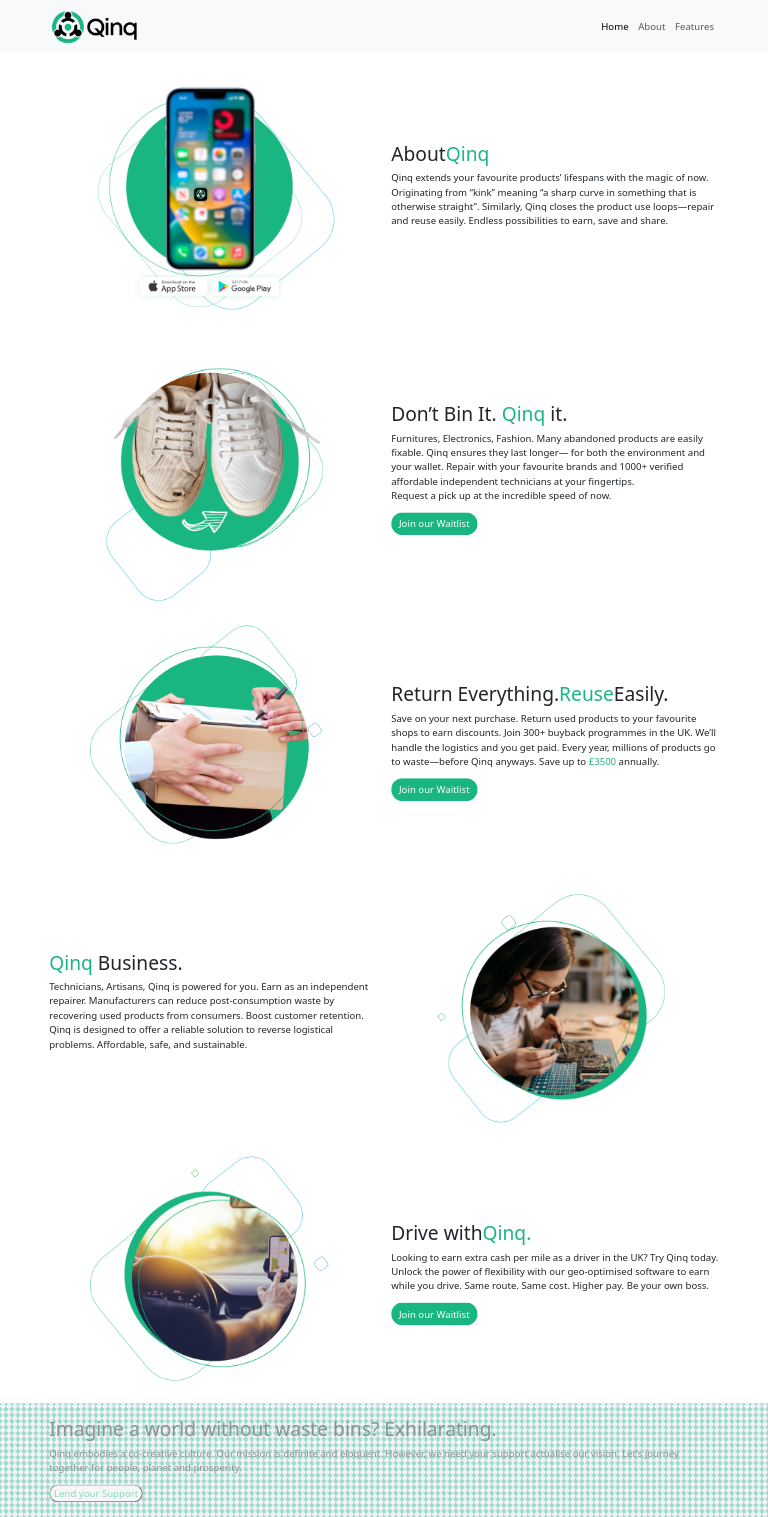
Repository: HelloQinq2023/qinq.github.io
Page: index.html
An editor plug-in stored every save of this project. The page is shown before and after the next save, followed by the edit.
The browser window is 1280 px wide. The pictures show the whole page, at 60% of full size.

Above is the page before, as saved 2023-02-22 16:35:14.

### index.html
<!doctype html>
<html lang="en">
  <head>
    <meta charset="utf-8">
    <meta name="viewport" content="width=device-width, initial-scale=1">
    <title>Qinq</title>
    <link href="https://cdn.jsdelivr.net/npm/bootstrap@5.3.0-alpha1/dist/css/bootstrap.min.css" rel="stylesheet" integrity="sha384-GLhlTQ8iRABdZLl6O3oVMWSktQOp6b7In1Zl3/Jr59b6EGGoI1aFkw7cmDA6j6gD" crossorigin="anonymous">
    <link rel="stylesheet" type="text/css" href="css/style.css" />
  </head>
  <body>
    <nav class="navbar navbar-expand-lg bg-body-tertiary">
        <div class="container">
          <a class="navbar-brand" href="#"><img src="images/logo.png" class="w-50"></a>
          <button class="navbar-toggler" type="button" data-bs-toggle="collapse" data-bs-target="#navbarNav" aria-controls="navbarNav" aria-expanded="false" aria-label="Toggle navigation">
            <span class="navbar-toggler-icon"></span>
          </button>
          <div class="collapse navbar-collapse" id="navbarNav">
            <ul class="navbar-nav ms-auto">
              <li class="nav-item">
                <a class="nav-link active" aria-current="page" href="#">Home</a>
              </li>
              <li class="nav-item">
                <a class="nav-link" href="#">About</a>
              </li>
              <li class="nav-item">
                <a class="nav-link" href="#">Features</a>
              </li>
            </ul>
          </div>
        </div>
      </nav>

      <section id="about">
        <div class="container py-3 mt-2">
            <div class="row">
                <div class="col-md-6 d-flex justify-content-center align-items-center">
                    <img src="images/about1.png" class="w-75 img-fluid img-responsive img">
                </div>
                <div class="col-md-6 d-flex justify-content-center align-items-center">
                    <div>
                        <h2>About<span class="green">Qinq</span></h2>
                        <p>Qinq extends your favourite products’ lifespans with the magic of now.
                            Originating from “kink” meaning “a sharp curve in something that is otherwise straight”. Similarly, Qinq closes the product use loops—repair and reuse easily. Endless possibilities to earn, save and share.</p>
                    </div>
                </div>
            </div>
        </div>

        <div class="container py-3 mt-2">
            <div class="row">
                <div class="col-md-6 d-flex justify-content-center align-items-center order-sm-2">
                    <div>
                        <h2>Don’t Bin It. <span class="green">Qinq</span> it.</h2>
                        <p>Furnitures, Electronics, Fashion.
                            Many abandoned products are easily fixable. Qinq ensures they last longer— for both the environment and your wallet.
                            Repair with your favourite brands and 1000+ verified affordable independent technicians at your fingertips.
                            <br>
                            Request a pick up at the incredible speed of now.</p>
                            <button class="btn greenbg text-white rounded-pill"> Join our Waitlist</button>
                    </div>
                </div>
                <div class="col-md-6 d-flex justify-content-center align-items-center">
                    <img src="images/about2.png" class="w-75 img-fluid img-responsive img">
                </div>
            </div>

        </div>
      </section>

      <section id="features">
        <div class="container py-3 mt-2">
            <div class="row">
                <div class="col-md-6 d-flex justify-content-center align-items-center">
                    <img src="images/features.png" class="w-75 img-fluid img-responsive img">
                </div>
                <div class="col-md-6 d-flex justify-content-center align-items-center">
                    <div>
                        <h2>Return Everything.<span class="green">Reuse</span>Easily.</h2>
                        <p>Save on your next purchase. Return used products to your favourite shops to earn discounts. Join 300+ buyback programmes in the UK. We’ll handle the logistics and you get paid.
                            Every year, millions of products go to waste—before Qinq anyways. Save up to <span class="green">£3500</span> annually.</p>

                            <button class="btn greenbg text-white rounded-pill"> Join our Waitlist</button>
                    </div>
                </div>
            </div>
        </div>

        <div class="container py-3 mt-2">
            <div class="row">
                <div class="col-md-6 d-flex justify-content-center align-items-center">
                    <div>
                        <h2><span class="green">Qinq</span> Business.</h2>
                        <p>Technicians, Artisans, Qinq is powered for you. Earn as an independent repairer.
                            Manufacturers can reduce post-consumption waste by recovering used products from consumers. Boost customer retention. Qinq is designed to offer a reliable solution to reverse logistical problems. Affordable, safe, and sustainable.</p>
                    </div>
                </div>
                <div class="col-md-6 d-flex justify-content-center align-items-center">
                    <img src="images/features1.png" class="w-75 img-fluid img-responsive img">
                </div>
            </div>

        </div>


        <div class="container py-3 mt-2">
            <div class="row">
                <div class="col-md-6 d-flex justify-content-center align-items-center">
                    <img src="images/features2.png" class="w-75 img-fluid img-responsive img">
                </div>
                <div class="col-md-6 d-flex justify-content-center align-items-center">
                    <div>
                        <h2>Drive with<span class="green">Qinq.</span></h2>
                        <p>Looking to earn extra cash per mile as a driver in the UK? Try Qinq today.
                            Unlock the power of flexibility with our geo-optimised software to earn while you drive.
                            Same route. Same cost. Higher pay. Be your own boss.</p>

                            <button class="btn greenbg text-white rounded-pill"> Join our Waitlist</button>
                    </div>
                </div>
            </div>
        </div>
      </section>

      <section id="imagine" style="background-color: #e5e5f7;
      opacity: 0.5;
      background-image:  linear-gradient(135deg, #1ab682 25%, transparent 25%), linear-gradient(225deg, #1ab682 25%, transparent 25%), linear-gradient(45deg, #1ab682 25%, transparent 25%), linear-gradient(315deg, #1ab682 25%, #e5e5f7 25%);
      background-position:  10px 0, 10px 0, 0 0, 0 0;
      background-size: 10px 10px;
      background-repeat: repeat;">
        <div class="py-4 container">
            <h2>Imagine a world without waste bins? Exhilarating.</h2>
            <p>Qinq embodies a co-creative culture.
                Our mission is definite and eloquent. However, we need your support actualise our vision. Let’s journey together for people, planet and prosperity.</p>
                <button class="btn-white green rounded-pill">Lend your Support</button>
        </div>
      </section>
    <script src="https://cdn.jsdelivr.net/npm/bootstrap@5.3.0-alpha1/dist/js/bootstrap.bundle.min.js" integrity="sha384-w76AqPfDkMBDXo30jS1Sgez6pr3x5MlQ1ZAGC+nuZB+EYdgRZgiwxhTBTkF7CXvN" crossorigin="anonymous"></script>
  </body>
</html>

### css/style.css
.green{
    color:#1ab682
}

.greenbg{
    background-color: #1ab682;
}

After the next save:
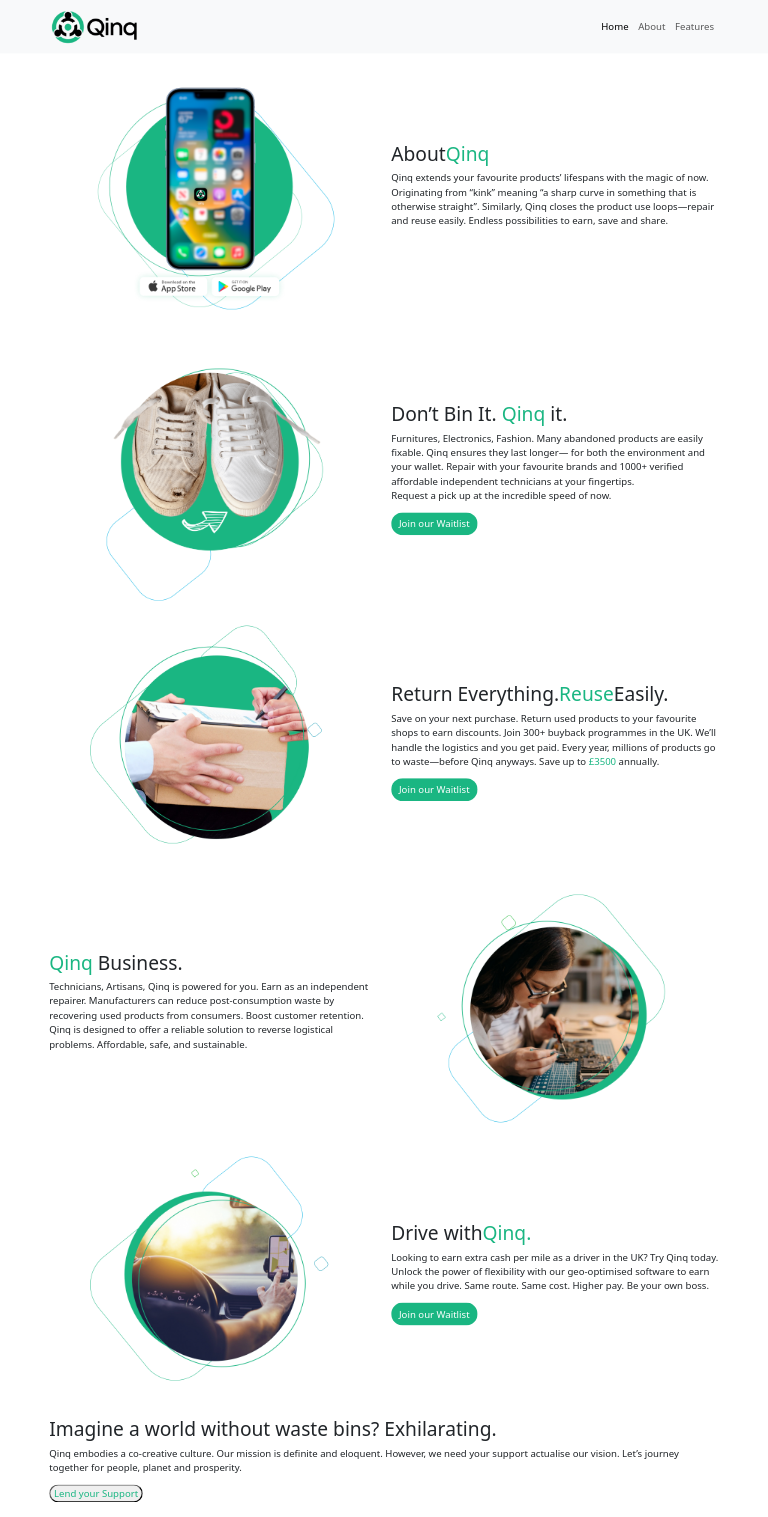
Saved 32 s later.
--- a/index.html
+++ b/index.html
@@ -121,12 +121,7 @@
         </div>
       </section>
 
-      <section id="imagine" style="background-color: #e5e5f7;
-      opacity: 0.5;
-      background-image:  linear-gradient(135deg, #1ab682 25%, transparent 25%), linear-gradient(225deg, #1ab682 25%, transparent 25%), linear-gradient(45deg, #1ab682 25%, transparent 25%), linear-gradient(315deg, #1ab682 25%, #e5e5f7 25%);
-      background-position:  10px 0, 10px 0, 0 0, 0 0;
-      background-size: 10px 10px;
-      background-repeat: repeat;">
+      <section id="imagine" style="">
         <div class="py-4 container">
             <h2>Imagine a world without waste bins? Exhilarating.</h2>
             <p>Qinq embodies a co-creative culture.
